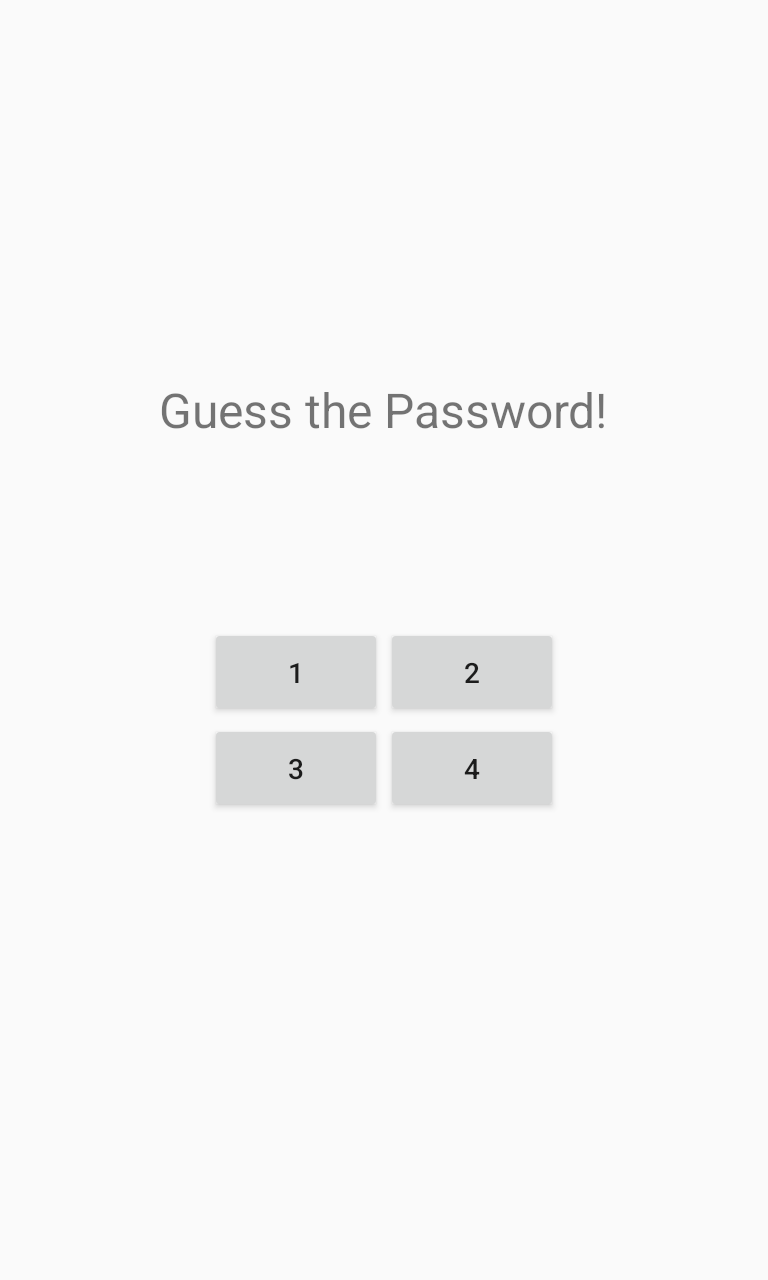
Repository: cryder3/csc303
Layout: Challenge1/res/layout/activity_topsecret.xml
These files come from the project's save history. The layout is drawn as it stood at one moment and after the next save; the edit follows.
It is drawn on a 768 x 1280 px phone screen (xhdpi) without system bars, with theme AppTheme; the app's code is not run.

Above is the layout before, as saved 2014-09-10 15:46:52.

### Challenge1/res/layout/activity_topsecret.xml
<LinearLayout xmlns:android="http://schemas.android.com/apk/res/android"
    xmlns:tools="http://schemas.android.com/tools"
    android:id="@+id/LinearLayout1"
    android:layout_width="match_parent"
    android:layout_height="match_parent"
    android:orientation="vertical"
    android:gravity= "center"
    tools:context="${relativePackage}.${activityClass}" >

    <TextView
        android:layout_width="wrap_content"
        android:layout_height="wrap_content"
        android:padding="24dp"
        android:textSize="24dp"
        android:text="@string/title"
        />

    <TextView
        android:id="@+id/entered_text"
        android:layout_width="wrap_content"
        android:layout_height="wrap_content"
        android:padding="24dp"
        />

    <LinearLayout
        android:layout_width="match_parent"
        android:layout_height="wrap_content"
        android:gravity="center"
        >

        <Button
            android:id="@+id/button1"
            android:layout_width="wrap_content"
            android:layout_height="wrap_content"
            android:text="@string/one" />

        <Button
            android:id="@+id/button2"
            android:layout_width="wrap_content"
            android:layout_height="wrap_content"
            android:text="@string/two" />

    </LinearLayout>
    <LinearLayout
        android:layout_width="match_parent"
        android:layout_height="wrap_content"
        android:gravity="center"
        >

        <Button
            android:id="@+id/button3"
            android:layout_width="wrap_content"
            android:layout_height="wrap_content"
            android:text="@string/three" />

        <Button
            android:id="@+id/button4"
            android:layout_width="wrap_content"
            android:layout_height="wrap_content"
            android:text="@string/four" />

    </LinearLayout>

    <TextView
        android:id="@+id/answer"
        android:layout_width="wrap_content"
        android:layout_height="wrap_content"
        android:padding="24dp"
        />


</LinearLayout>

### Challenge1/res/values/strings.xml
<?xml version="1.0" encoding="utf-8"?>
<resources>

    <string name="app_name">Challenge1</string>
    <string name="hello_world">Hello world!</string>
    <string name="incorrect_toast">Nope!</string>
    <string name="one">1</string>
    <string name="two">2</string>
    <string name="three">3</string>
    <string name="four">4</string>
    <string name="title">Guess the Password!</string>

</resources>

Loaded but not shown: Challenge1/res/values/styles.xml (common file); Challenge1/res/values-v11/styles.xml (common file); Challenge1/res/values-v14/styles.xml (common file)

After the next save:
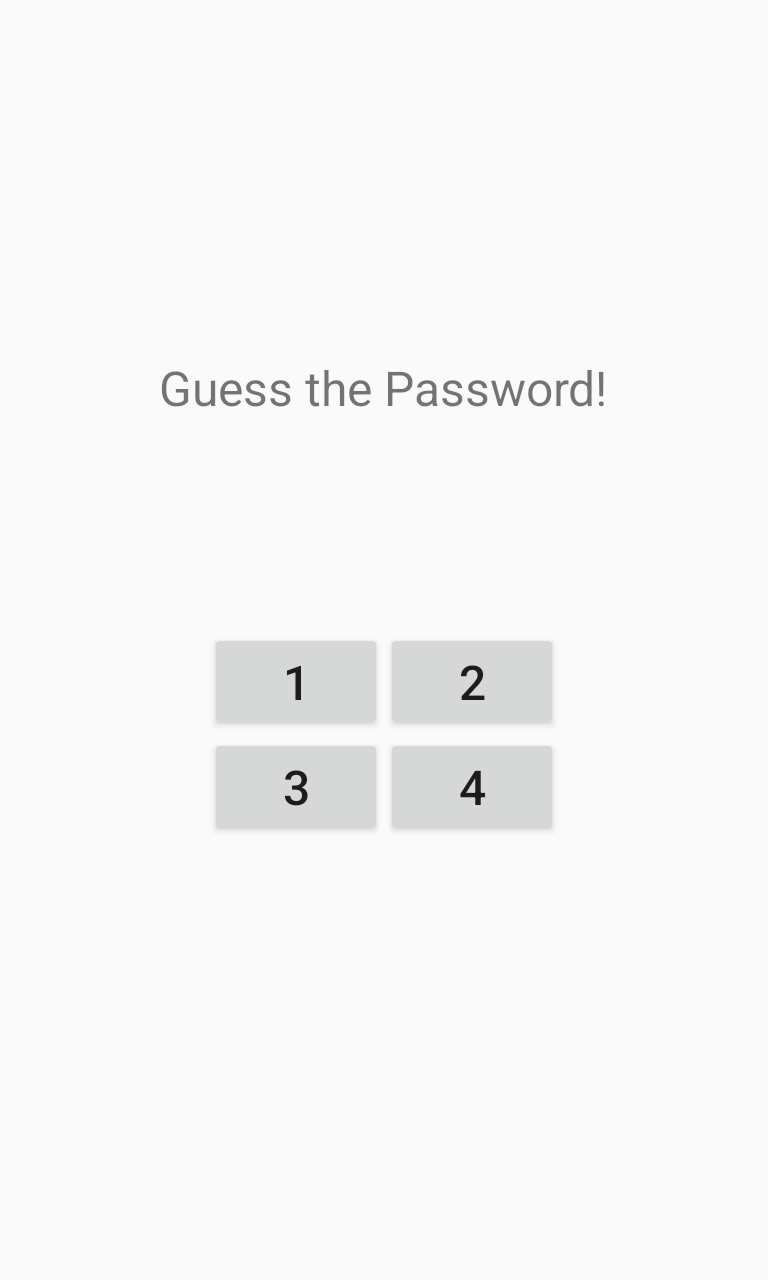
Saved 74 s later.
--- a/Challenge1/res/layout/activity_topsecret.xml
+++ b/Challenge1/res/layout/activity_topsecret.xml
@@ -19,6 +19,7 @@
         android:id="@+id/entered_text"
         android:layout_width="wrap_content"
         android:layout_height="wrap_content"
+        android:textSize="24dp"
         android:padding="24dp"
         />
 
@@ -32,12 +33,14 @@
             android:id="@+id/button1"
             android:layout_width="wrap_content"
             android:layout_height="wrap_content"
+            android:textSize="24dp"
             android:text="@string/one" />
 
         <Button
             android:id="@+id/button2"
             android:layout_width="wrap_content"
             android:layout_height="wrap_content"
+            android:textSize="24dp"
             android:text="@string/two" />
 
     </LinearLayout>
@@ -51,12 +54,14 @@
             android:id="@+id/button3"
             android:layout_width="wrap_content"
             android:layout_height="wrap_content"
+            android:textSize="24dp"
             android:text="@string/three" />
 
         <Button
             android:id="@+id/button4"
             android:layout_width="wrap_content"
             android:layout_height="wrap_content"
+            android:textSize="24dp"
             android:text="@string/four" />
 
     </LinearLayout>
